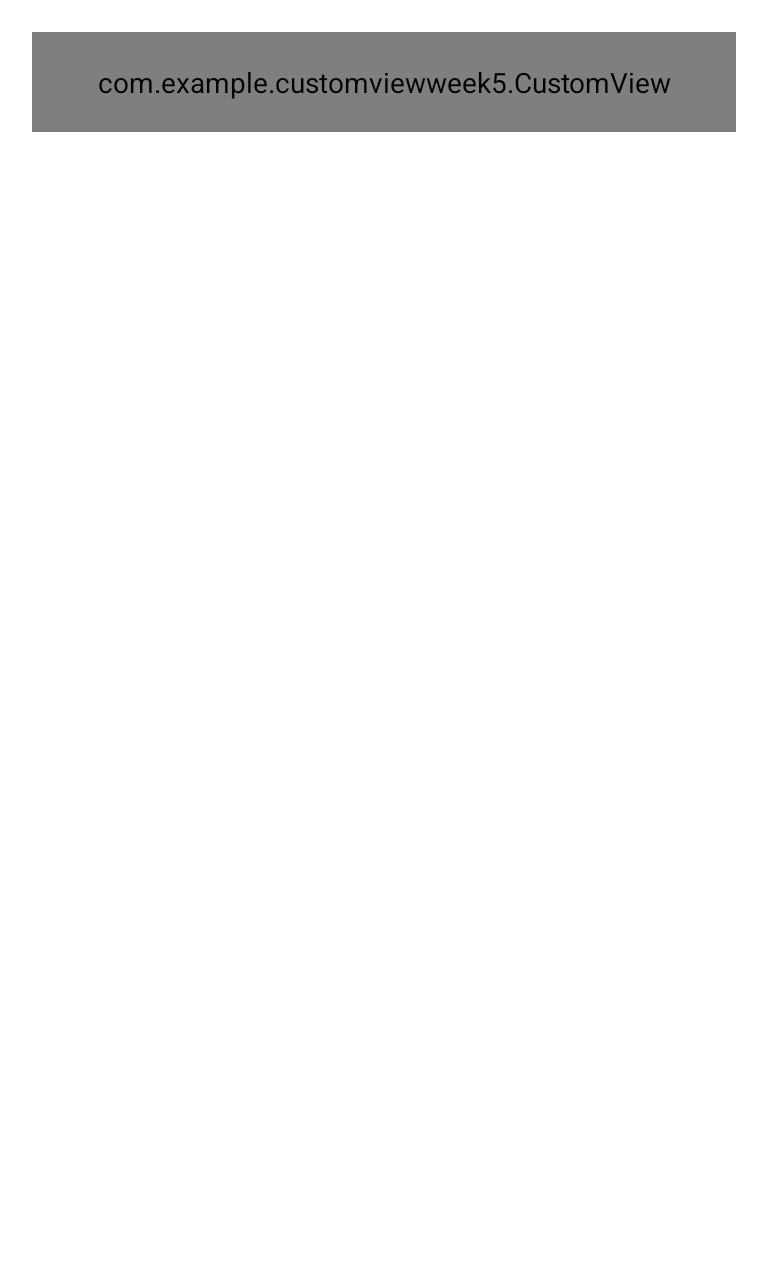
Repository: adarshk/Always-on-Always-connected
Layout: AlwaysOnAlwaysConnected/CustomViewWeek5/res/layout/activity_main.xml
An editor plug-in stored every save of this project. The layout is shown before and after a run of saves, followed by the edit.
Pictures or frames that could not be fetched are drawn as grey boxes. It is drawn on a 768 x 1280 px phone screen (xhdpi) without system bars, with theme AppTheme; the app's code is not run.

Above is the layout before, as saved 2014-02-25 20:00:58.

After the next 3 saves:
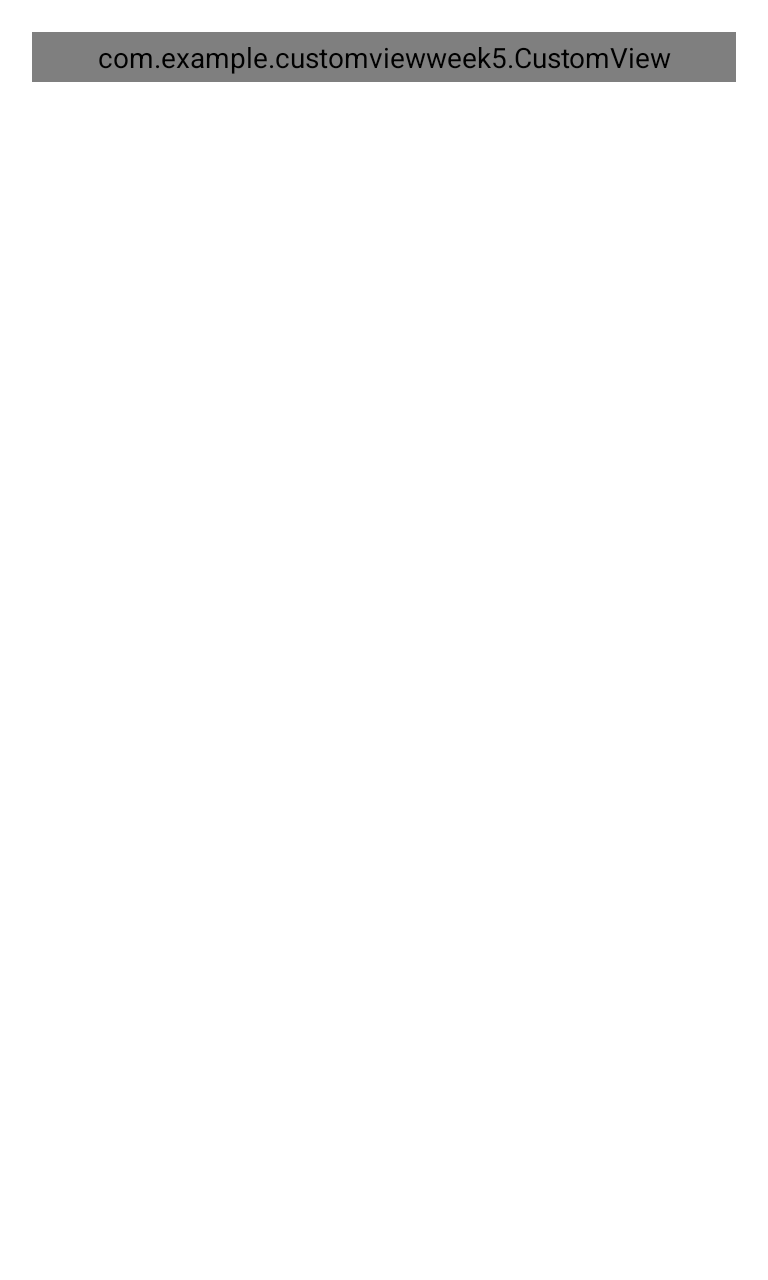
The 3 saves are shown as one change because they came seconds apart.
The last was saved 21 s later.
--- a/AlwaysOnAlwaysConnected/CustomViewWeek5/res/layout/activity_main.xml
+++ b/AlwaysOnAlwaysConnected/CustomViewWeek5/res/layout/activity_main.xml
@@ -15,4 +15,6 @@
 
     <com.example.customviewweek5.CustomView
         android:layout_width = "fill_parent"
-        android:layout_height = "50dp" />
+        android:layout_height = "50px"/>
+
+</RelativeLayout>

After the 3 saves that followed:
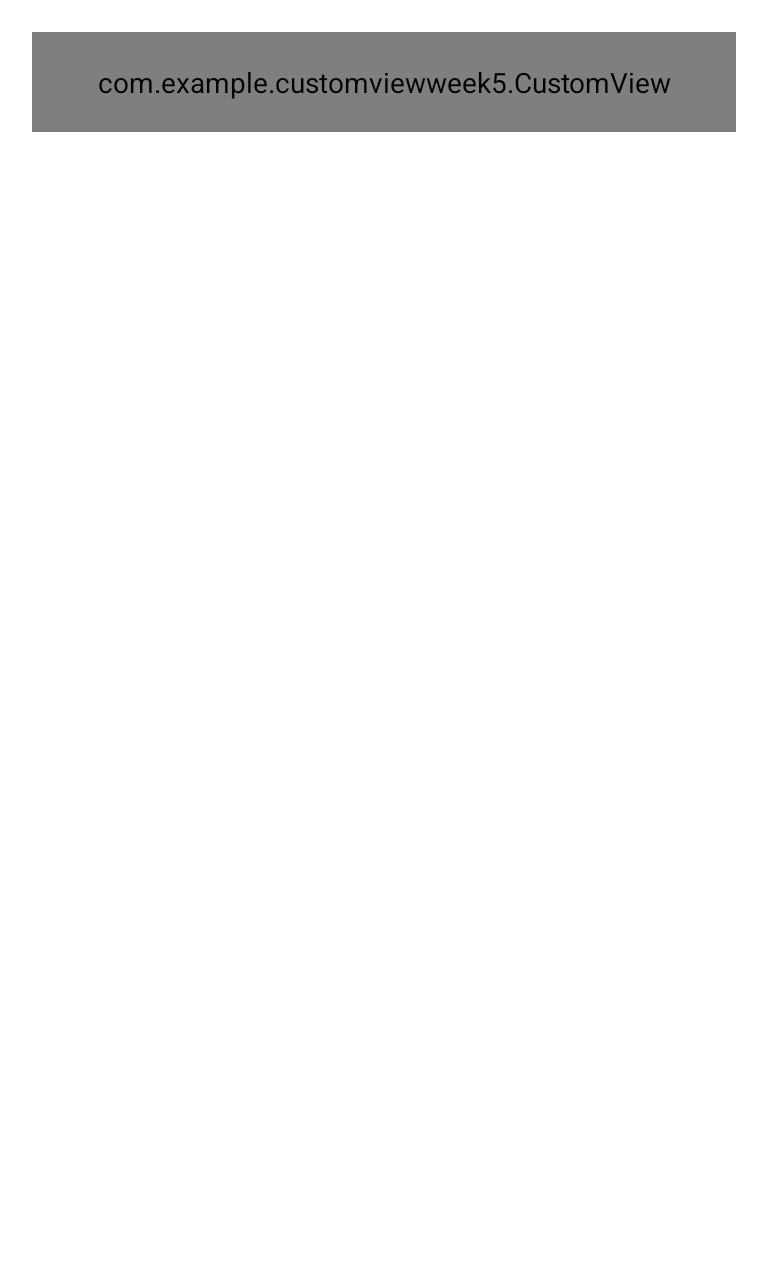
The 3 saves are shown as one change because 2 left the picture as it was.
The last was saved 28 s later.
--- a/AlwaysOnAlwaysConnected/CustomViewWeek5/res/layout/activity_main.xml
+++ b/AlwaysOnAlwaysConnected/CustomViewWeek5/res/layout/activity_main.xml
@@ -15,6 +15,6 @@
 
     <com.example.customviewweek5.CustomView
         android:layout_width = "fill_parent"
-        android:layout_height = "50px"/>
+        android:layout_height ="50dp" />
 
 </RelativeLayout>
